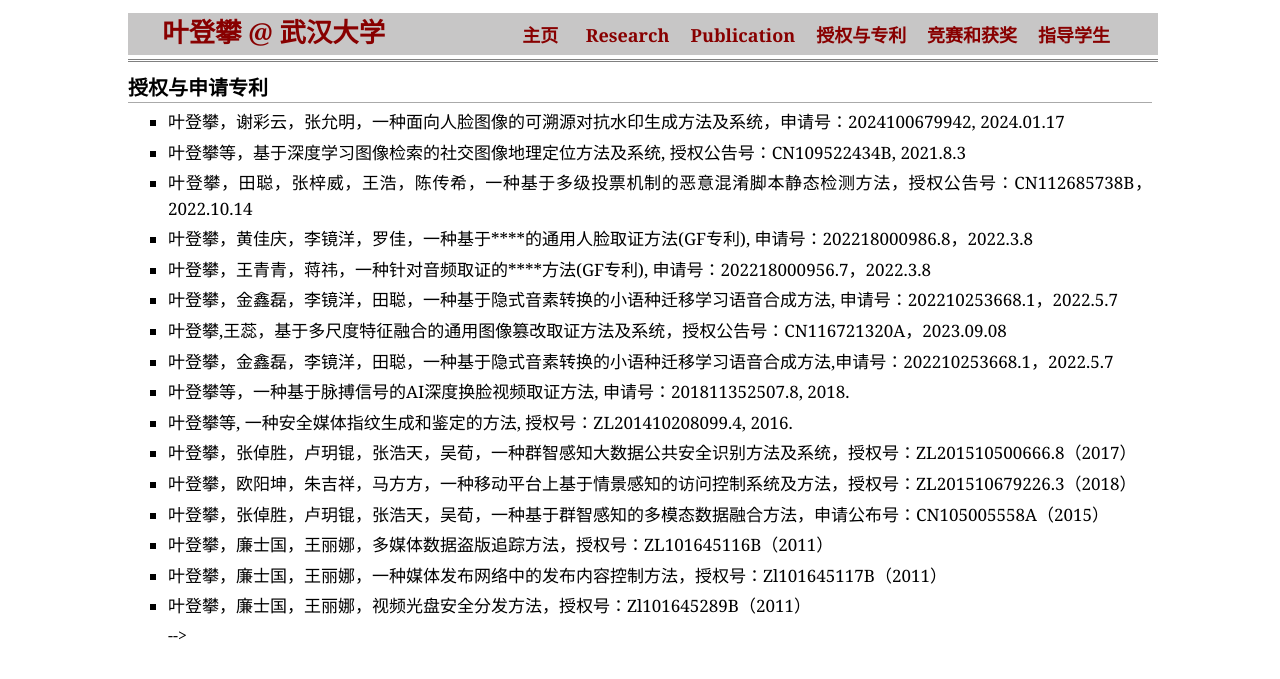
Repository: yedengpan/yedengpan.github.io
Page: patent.html
The author's editor kept a copy of each file at every save. The page is drawn from the files as they stood at one save, then again after a run of saves.
The browser window is 1280 px wide. The pictures show the whole page.

Above is the page before, as saved 2024-01-18 21:05:50.
Console error: SyntaxError: Unexpected token '%'

### patent.html
<!DOCTYPE html PUBLIC "-//W3C//DTD XHTML 1.1//EN" "http://www.w3.org/TR/xhtml11/DTD/xhtml11.dtd">
<html xmlns="http://www.w3.org/1999/xhtml" xml:lang="en">
<head>
    <meta http-equiv="Content-Type" content="text/html; charset=UTF-8">
    <meta name="generator" content="jemdoc, see http://jemdoc.jaboc.net/">

    <link rel="stylesheet" href="./source_files/jemdoc.css" type="text/css">
    <title>授权与专利</title>
    <script type="text/javascript" src="./source_files/jquery-1.12.4.min.js"></script>
    <script src="./source_files/main.js"></script>

</head>
<body>
    <div id="layout-content">

        <div id="toptitle">
            <h1 width=100% id="home">
                &nbsp;&nbsp;&nbsp;&nbsp;
                <font color="#880000">叶登攀 @ 武汉大学</font>
                &nbsp;&nbsp;&nbsp;&nbsp;&nbsp;&nbsp;&nbsp;&nbsp;&nbsp;&nbsp;&nbsp;&nbsp;&nbsp;&nbsp;&nbsp;&nbsp;&nbsp;&nbsp;
                <a href="./index.html"><font color="#880000" size="4.0px">主页</font></a>
                &nbsp;&nbsp;
                <a href="./research.html"><font color="#880000" size="4.0px">Research &nbsp;&nbsp;</font></a>
                <a href="./publication.html"><font color="#880000" size="4.0px">Publication &nbsp;&nbsp;</font></a>
                <a href="./patent.html"><font color="#880000" size="4.0px">授权与专利 &nbsp;&nbsp;</font></a>
                <a href="./awards.html"><font color="#880000" size="4.0px">竞赛和获奖 &nbsp;&nbsp;</font></a>
                <a href="./student.html"><font color="#880000" size="4.0px">指导学生 &nbsp;&nbsp;</font></a>                &nbsp;&nbsp;&nbsp;&nbsp;
            </h1>
        </div>

        <br> <br>

        <h2>授权与申请专利</h2>
        <body>
            <ul>
                <li>
                    <p style="text-align: justify;">
                        叶登攀，谢彩云，张允明，一种面向人脸图像的可溯源对抗水印生成方法及系统，申请号：2024100679942, 2024.01.17
                    </p>

                </li>
                <li>
                    <p style="text-align:justify;">
                        叶登攀等，基于深度学习图像检索的社交图像地理定位方法及系统, 授权公告号：CN109522434B, 2021.8.3
                    </p>
                </li>
                <li>
                    <p style="text-align:justify;">
                        叶登攀，田聪，张梓威，王浩，陈传希，一种基于多级投票机制的恶意混淆脚本静态检测方法，授权公告号：CN112685738B，2022.10.14
                    </p>
                </li>
                <li>
                    <p style="text-align:justify;">
                        叶登攀，黄佳庆，李镜洋，罗佳，一种基于****的通用人脸取证方法(GF专利), 申请号：202218000986.8，2022.3.8
                    </p>
                </li>
                <li>
                    <p style="text-align:justify;">
                        叶登攀，王青青，蒋祎，一种针对音频取证的****方法(GF专利), 申请号：202218000956.7，2022.3.8
                    </p>
                </li>
                <li>
                    <p style="text-align:justify;">
                        叶登攀，金鑫磊，李镜洋，田聪，一种基于隐式音素转换的小语种迁移学习语音合成方法, 申请号：202210253668.1，2022.5.7
                    </p>
                </li>
                <li>
                    <p style="text-align:justify;">
                        叶登攀,王蕊，基于多尺度特征融合的通用图像篡改取证方法及系统，授权公告号：CN116721320A，2023.09.08
                    </p>
                </li>
                <li>
                    <p style="text-align:justify;">
                        叶登攀，金鑫磊，李镜洋，田聪，一种基于隐式音素转换的小语种迁移学习语音合成方法,申请号：202210253668.1，2022.5.7
                    </p>
                </li>
                <li>
                    <p style="text-align:justify;">
                        叶登攀等，一种基于脉搏信号的AI深度换脸视频取证方法, 申请号：201811352507.8, 2018.
                    </p>
                </li>
                <li>
                    <p style="text-align:justify;">
                        叶登攀等, 一种安全媒体指纹生成和鉴定的方法, 授权号：ZL201410208099.4, 2016.
                    </p>
                </li>
                <li>
                    <p style="text-align:justify;">
                        叶登攀，张倬胜，卢玥锟，张浩天，吴荀，一种群智感知大数据公共安全识别方法及系统，授权号：ZL201510500666.8（2017）
                    </p>
                </li>
                <li>
                    <p style="text-align:justify;">
                        叶登攀，欧阳坤，朱吉祥，马方方，一种移动平台上基于情景感知的访问控制系统及方法，授权号：ZL201510679226.3（2018）
                    </p>
                </li>
                <li>
                    <p style="text-align:justify;">
                        叶登攀，张倬胜，卢玥锟，张浩天，吴荀，一种基于群智感知的多模态数据融合方法，申请公布号：CN105005558A（2015）
                    </p>
                </li>
                <li>
                    <p style="text-align:justify;">
                        叶登攀，廉士国，王丽娜，多媒体数据盗版追踪方法，授权号：ZL101645116B（2011）
                    </p>
                </li>
                <li>
                    <p style="text-align:justify;">
                        叶登攀，廉士国，王丽娜，一种媒体发布网络中的发布内容控制方法，授权号：Zl101645117B（2011）
                    </p>
                </li>
                <li>
                    <p style="text-align:justify;">
                        叶登攀，廉士国，王丽娜，视频光盘安全分发方法，授权号：Zl101645289B（2011）
                    </p>
                </li>-->

            </ul>
        </body>
</html>

### source_files/jemdoc.css
/* Default css file for jemdoc. */

table#tlayout {
    border: none;
    border-collapse: separate;
    background: white;
}

/*body.my-body {
	background: white;*/
	/*	font-family: Georgia, serif;*/
	/*font-family: "Times New Roman", Sans-serif, Serif, Arial, Helvetica, sans-serif;
	padding-bottom: 8px;
	margin: 0;
	text-align: center;
}*/

body {
	background: white;
	font-family: Georgia, serif;
	padding-bottom: 8px;
	margin: 0;
	text-align: center;
}

/*
:lang(en) {
	font-family: "Arial", sans-serif;
}

:not(:lang(en)) {
	font-family: inherit;
}
*/

#layout-menu {
	background: #f6f6f6;
	border: 1px solid #dddddd;
	padding-top: 0.5em;
	padding-left: 8px;
	padding-right: 8px;
	font-size: 1.0em;
	width: auto;
	white-space: nowrap;
    text-align: left;
    vertical-align: top;
}

#layout-menu td {
	background: #f4f4f4;
    vertical-align: top;
}

#layout-content {
	padding-top: 0.0em;
	padding-left: 1.0em;
	padding-right: 1.0em;
    border: none;
    background: white;
    text-align: left;
    vertical-align: top;
    /* width:950px; */
    width:1024px;
	/* width:1024px; */
    margin: auto;
}

#layout-menu a {
	line-height: 1.5em;
	margin-left: 0.5em;
}

tt {
    background: #ffffdd;
}

pre, tt {
	font-size: 90%;
	font-family: monaco, monospace;
}

a, a > tt {
	/*color: #0000FF;*/
  color: #0055AA;
	text-decoration: none;
}

a:hover {
	border-bottom: 1px gray dotted;
}

#layout-menu a.current:link, #layout-menu a.current:visited {
	color: #022b6d;
	border-bottom: 1px gray solid;
}
#layout-menu a:link, #layout-menu a:visited, #layout-menu a:hover {
	color: #527bbd;
	text-decoration: none;
}
#layout-menu a:hover {
	text-decoration: none;
}

div.menu-category {
	border-bottom: 1px solid gray;
	margin-top: 0.8em;
	padding-top: 0.2em;
	padding-bottom: 0.1em;
	font-weight: bold;
}

div.menu-item {
	padding-left: 16px;
	text-indent: -16px;
}

div#toptitle {
	padding-bottom: 0.2em;
	margin-bottom: 1.5em;
	border-bottom: 3px double gray;
  position:fixed;

}

/* Reduce space if we begin the page with a title. */
div#toptitle + h2, div#toptitle + h3 {
	margin-top: -0.7em;
}

div#subtitle {
	margin-top: 0.0em;
	margin-bottom: 0.0em;
	padding-top: 0em;
	padding-bottom: 0.1em;
}

em {
	font-style: italic;
}

strong {
	font-weight: bold;
}


h1, h2, h3 {
	color: #000000;
	margin-top: 0.9em;
	margin-bottom: 0.3em;
	padding-bottom: 0.2em;
	line-height: 1.0;
	padding-top: 0.5em;
	border-bottom: 1px solid #aaaaaa;
}

h1 {
	font-size: 165%;
  /*background: #003366;*/
  background: #C7C6C6;
  line-height: 1.5;
}

h2 {
	padding-top: 0.8em;
	font-size: 125%;
}

h2 + h3 {
    padding-top: 0.2em;
}

h3 {
	font-size: 110%;
	border-bottom: none;
}

p {
	margin-top: 0.0em;
	margin-bottom: 0.8em;
	padding: 0;
	line-height: 1.5;
  	/*size of font in body*/
  	font-size: 17px;
}

pre {
	padding: 0;
	margin: 0;
}

div#footer {
	font-size: small;
	border-top: 1px solid #c0c0c0;
	padding-top: 0.1em;
	margin-top: 4.0em;
	color: #c0c0c0;
}

div#footer a {
	color: #80a0b0;
}

div#footer-text {
	float: left;
	padding-bottom: 8px;
}

ul, ol, dl {
	margin-top: 0.2em;
	padding-top: 0;
	margin-bottom: 0.8em;
}

dt {
	margin-top: 0.5em;
	margin-bottom: 0;
}

dl {
	margin-left: 20px;
}

dd {
	color: #222222;
}

dd > *:first-child {
	margin-top: 0;
}

ul {
	list-style-position: outside;
	list-style-type: square;
}

p + ul, p + ol {
	margin-top: -0.5em;
}

li ul, li ol {
	margin-top: -0.3em;
}

ol {
	list-style-position: outside;
	list-style-type: decimal;
}

li p, dd p {
	margin-bottom: 0.3em;
}


ol ol {
	list-style-type: lower-alpha;
}

ol ol ol {
	list-style-type: lower-roman;
}

p + div.codeblock {
	margin-top: -0.6em;
}

div.codeblock, div.infoblock {
	margin-right: 0%;
	margin-top: 1.2em;
	margin-bottom: 1.3em;
}

div.blocktitle {
	font-weight: bold;
	color: #cd7b62;
	margin-top: 1.2em;
	margin-bottom: 0.1em;
}

div.blockcontent {
	border: 1px solid silver;
	padding: 0.3em 0.5em;
}

div.infoblock > div.blockcontent {
	background: #ffffee;
}

div.blockcontent p + ul, div.blockcontent p + ol {
	margin-top: 0.4em;
}

div.infoblock p {
	margin-bottom: 0em;
}

div.infoblock li p, div.infoblock dd p {
	margin-bottom: 0.5em;
}

div.infoblock p + p {
	margin-top: 0.8em;
}

div.codeblock > div.blockcontent {
	background: #f6f6f6;
}

span.pycommand {
	color: #000070;
}

span.statement {
	color: #008800;
}
span.builtin {
	color: #000088;
}
span.special {
	color: #990000;
}
span.operator {
	color: #880000;
}
span.error {
	color: #aa0000;
}
span.comment, span.comment > *, span.string, span.string > * {
	color: #606060;
}

@media print {
	#layout-menu { display: none; }
}

#fwtitle {
	margin: 2px;
}

#fwtitle #toptitle {
	padding-left: 0.5em;
	margin-bottom: 0.5em;
}

#layout-content h1:first-child, #layout-content h2:first-child, #layout-content h3:first-child {
	margin-top: -0.7em;
}

div#toptitle h1, #layout-content div#toptitle h1 {
	margin-bottom: 0.0em;
	padding-bottom: 0.1em;
	padding-top: 0;
	margin-top: 0.5em;
	border-bottom: none;
}

img.eq {
	padding: 0;
	padding-left: 0.1em;
	padding-right: 0.1em;
	margin: 0;
}

img.eqwl {
	padding-left: 2em;
	padding-top: 0.6em;
	padding-bottom: 0.2em;
	margin: 0;
}

table {
    border: 2px solid black;
    border-collapse: collapse;
}

td {
    padding: 2px;
    padding-left: 0.5em;
    padding-right: 0.5em;
    text-align: center;
    border: 1px solid gray;
}

table + table {
    margin-top: 1em;
}

tr.heading {
    font-weight: bold;
    border-bottom: 2px solid black;
}

img {
    border: none;
}

table.imgtable, table.imgtable td {
    border: none;
    text-align: left;
    padding-top: 4em;
}

### static/js/main.js
---
---
$(function() {
  deadlineByConf = {};

  {% for conf in site.data.conferences %}
  {% assign conf_id = conf.name | append: conf.year | slugify %}
  {% if conf.deadline == "TBA" %}
  $('#{{ conf_id }} .timer').html("TBA");
  $('#{{ conf_id }} .deadline-time').html("TBA");
  deadlineByConf["{{ conf_id }}"] = null;

  {% else %}
  var rawDeadlines = {{ conf.deadline | jsonify }} || [];
  if (rawDeadlines.constructor !== Array) {
    rawDeadlines = [rawDeadlines];
  }
  var parsedDeadlines = [];
  while (rawDeadlines.length > 0) {
    var rawDeadline = rawDeadlines.pop();
    // check if date is template
    if (rawDeadline.indexOf('%m') >= 0) {
      for (var m = 1; m <= 12; m++) {
        rawDeadlines.push(rawDeadline.replace('%m', m < 10 ? '0' + m : m));
      }
    } else if (rawDeadline.indexOf('%y') >= 0) {
      year = parseInt(moment().year());
      rawDeadlines.push(rawDeadline.replace('%y', year));
      rawDeadlines.push(rawDeadline.replace('%y', year + 1));

    } else {
      // adjust date according to deadline timezone
      {% if conf.timezone %}
      var deadline = moment.tz(rawDeadline, "{{ conf.timezone }}");
      {% else %}
      var deadline = moment.tz(rawDeadline, "Etc/GMT+12"); // Anywhere on Earth
      {% endif %}

      // post-process date
      if (deadline.minutes() === 0) {
        deadline.subtract(1, 'seconds');
      }
      if (deadline.minutes() === 59) {
        deadline.seconds(59);
      }
      parsedDeadlines.push(deadline);
    }
  }

  // check which deadline is closest
  var confDeadline = parsedDeadlines[0];
  var today = moment();
  for (var i = 1; i < parsedDeadlines.length; i++) {
    deadlineCandidate = parsedDeadlines[i];
    if ((today.diff(deadlineCandidate) < 0 && today.diff(deadlineCandidate) > today.diff(confDeadline))) {
      confDeadline = deadlineCandidate;
    }
  }

  // render countdown timer
  if (confDeadline) {
    function make_update_countdown_fn(confDeadline) {
      return function(event) {
        diff = moment() - confDeadline
        if (diff <= 0) {
           $(this).html(event.strftime('%D days %Hh %Mm %Ss'));
        } else {
          $(this).html(confDeadline.fromNow());
        }
      }
    }
    $('#{{ conf_id }} .timer').countdown(confDeadline.toDate(), make_update_countdown_fn(confDeadline));
    // check if date has passed, add 'past' class to it
    if (moment() - confDeadline > 0) {
      $('#{{ conf_id }}').addClass('past');
    }
    $('#{{ conf_id }} .deadline-time').html(confDeadline.local().format('D MMM YYYY, h:mm:ss a'));
    deadlineByConf["{{ conf_id }}"] = confDeadline;
  }
  {% endif %}
  {% endfor %}

  // Reorder list
  confs = $('.conf');
  confs.detach().sort(function(a, b) {
    var today = moment();
    var a = deadlineByConf[a.id];
    var b = deadlineByConf[b.id];
    var diff1 = today.diff(a)
    var diff2 = today.diff(b)
    if (a == null && b == null) {
      return 0;
    }
    if (a == null && diff2 > 0) {
      return -1;
    }
    if (a == null && diff2 < 0) {
      return +1;
    }
    if (b == null && diff1 > 0) {
      return +1;
    }
    if (b == null && diff1 < 0) {
      return -1;
    }
    if (diff1 < 0 && diff2 > 0) {
      return -1;
    }
    if (diff1 > 0 && diff2 < 0) {
      return +1;
    }
    if (diff1 < 0 && diff2 < 0) {
      return -1 ? diff1 < diff2 : +1;
    }
    if (diff1 > 0 && diff2 > 0) {
      return -1 ? a < b : +1;
    }
  });
  $('.conf-container').append(confs);

  // Set checkboxes
  var conf_type_data = {{ site.data.types | jsonify }};
  var all_tags = [];
  var toggle_status = {};
  for (var i = 0; i < conf_type_data.length; i++) {
    all_tags[i] = conf_type_data[i]['tag'];
    toggle_status[all_tags[i]] = false;
  }
  var tags = store.get('{{ site.domain }}');
  if (tags === undefined) {
    tags = all_tags;
  }
  for (var i = 0; i < tags.length; i++) {
    $('#' + tags[i] + '-checkbox').prop('checked', true);
    toggle_status[tags[i]] = true;
  }
  store.set('{{ site.domain }}', tags);

  function update_conf_list() {
    confs.each(function(i, conf) {
      var conf = $(conf);
      var show = false;
      for (var i = 0; i < all_tags.length; i++) {
        if(conf.hasClass(all_tags[i])) {
          show = show | toggle_status[all_tags[i]];
        }
      }
      if (show) {
        conf.show();
      } else {
        conf.hide()
      }
    });
  }
  update_conf_list();

  // Event handler on checkbox change
  $('form :checkbox').change(function(e) {
    var checked = $(this).is(':checked');
    var tag = $(this).prop('id').slice(0, -9);
    toggle_status[tag] = checked;

    if (checked == true) {
      if (tags.indexOf(tag) < 0)
        tags.push(tag);
    }
    else {
      var idx = tags.indexOf(tag);
      if (idx >= 0)
        tags.splice(idx, 1);
    }
    store.set('{{ site.domain }}', tags);
    update_conf_list();
  });
});

Loaded but not shown: source_files/jquery-1.12.4.min.js (library)

After the next 2 saves:
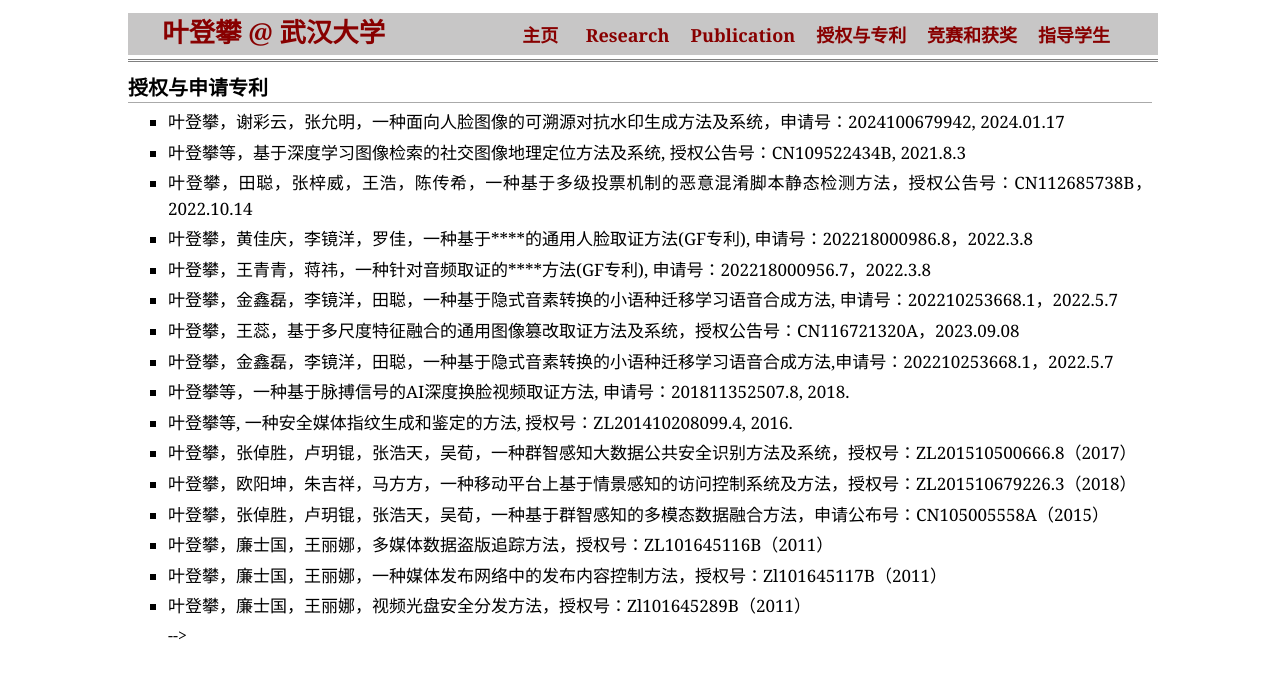
The 2 saves are shown as one change because they came seconds apart.
The last was saved 6 s later.
--- a/patent.html
+++ b/patent.html
@@ -66,7 +66,7 @@
                 </li>
                 <li>
                     <p style="text-align:justify;">
-                        叶登攀,王蕊，基于多尺度特征融合的通用图像篡改取证方法及系统，授权公告号：CN116721320A，2023.09.08
+                        叶登攀，王蕊，基于多尺度特征融合的通用图像篡改取证方法及系统，授权公告号：CN116721320A，2023.09.08
                     </p>
                 </li>
                 <li>
